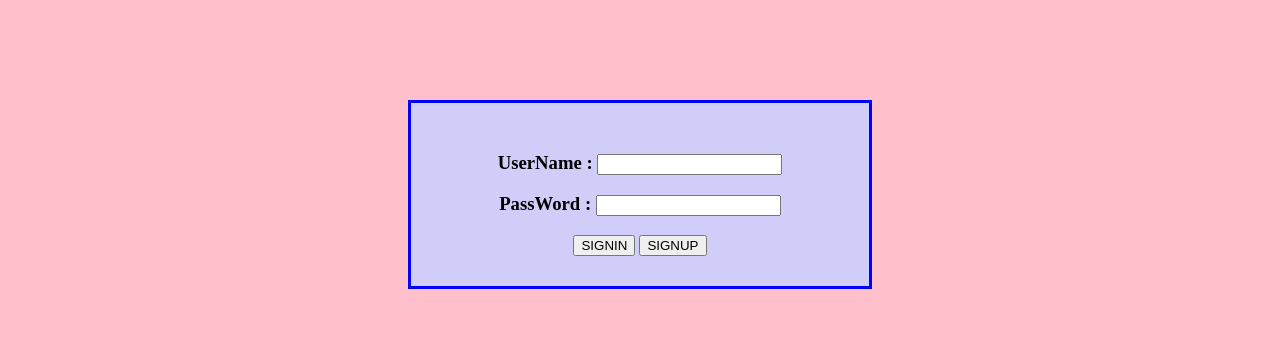
Repository: Vamsigundubogula/E-Commerce-Website
Page: http://localhost/E-commerce-website/login.jsp
The author's editor kept a copy of each file at every save. The page is drawn from the files as they stood at one save, then again after the next save.
The browser window is 1280 px wide. The pictures show the whole page.
The page is served by Tomcat 9.

Above is the page before, as saved 2023-09-11 16:29:25.

After the next save:
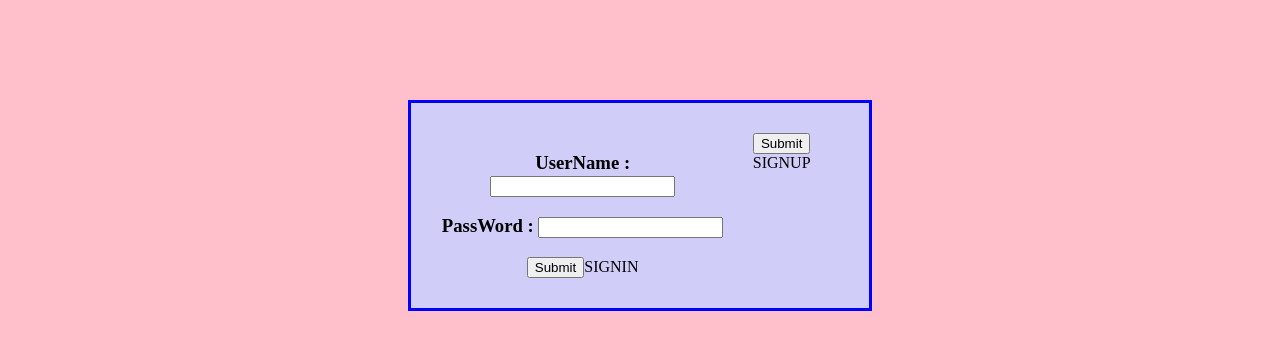
Saved 60 s later.
--- a/E-commerce-website/WebContent/login.jsp
+++ b/E-commerce-website/WebContent/login.jsp
@@ -21,8 +21,8 @@
     <form action="login" method="post" align="center">
     <h3>UserName : <input type="text" name="uname"></h3>
     <h3>PassWord : <input type="password" name="pass"></h3>
-    <input type="submit" name="signin" value="SIGNIN" align="left">
-    <form action="signup.jsp" ><button type="submit">SIGNUP</button></form>
+    <form action="login" align="left-corner"><input type="submit">SIGNIN</button></form>
+    <form action="signup.jsp" align="center"><input type="submit">SIGNUP</button></form>
 
     </form>
 
